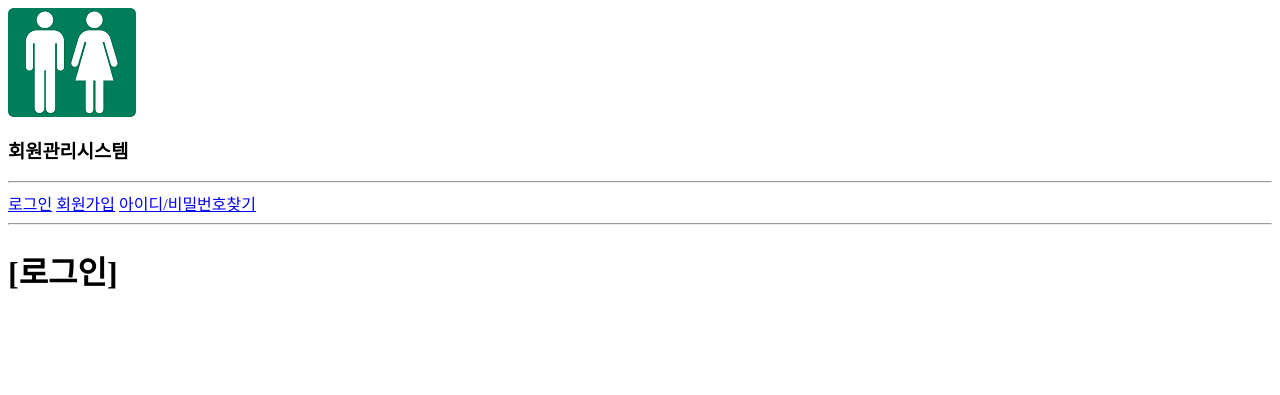
Repository: helloJunejun/WorkSpace_WebUi
Page: 0.1html_basic/src/main/webapp/joinMember.html
These files come from the project's save history. The page is drawn as it stood at one moment and after the next save; the edit follows.
The browser window is 1280 px wide. The pictures show the whole page.

Above is the page before, as saved 2021-06-23 07:43:59.

After the next save:
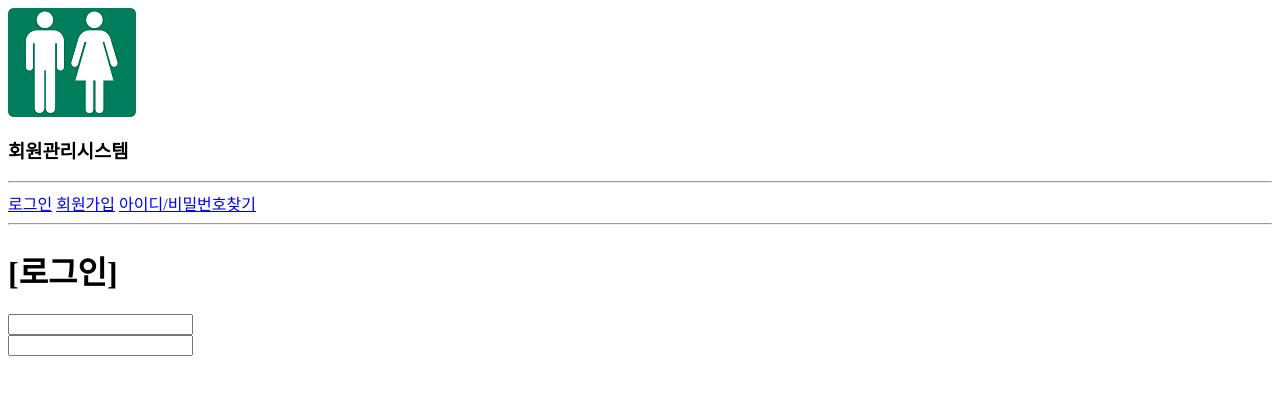
Saved 52 s later.
--- a/0.1html_basic/src/main/webapp/joinMember.html
+++ b/0.1html_basic/src/main/webapp/joinMember.html
@@ -29,6 +29,8 @@
 		<hr>
 	<h1>[로그인]</h1>
 	<form action="#" method="post">
+		<input type="text" name="memberId"><br>
+		<input type="password" name="memberPw"><br>
 
 	</form>
 
